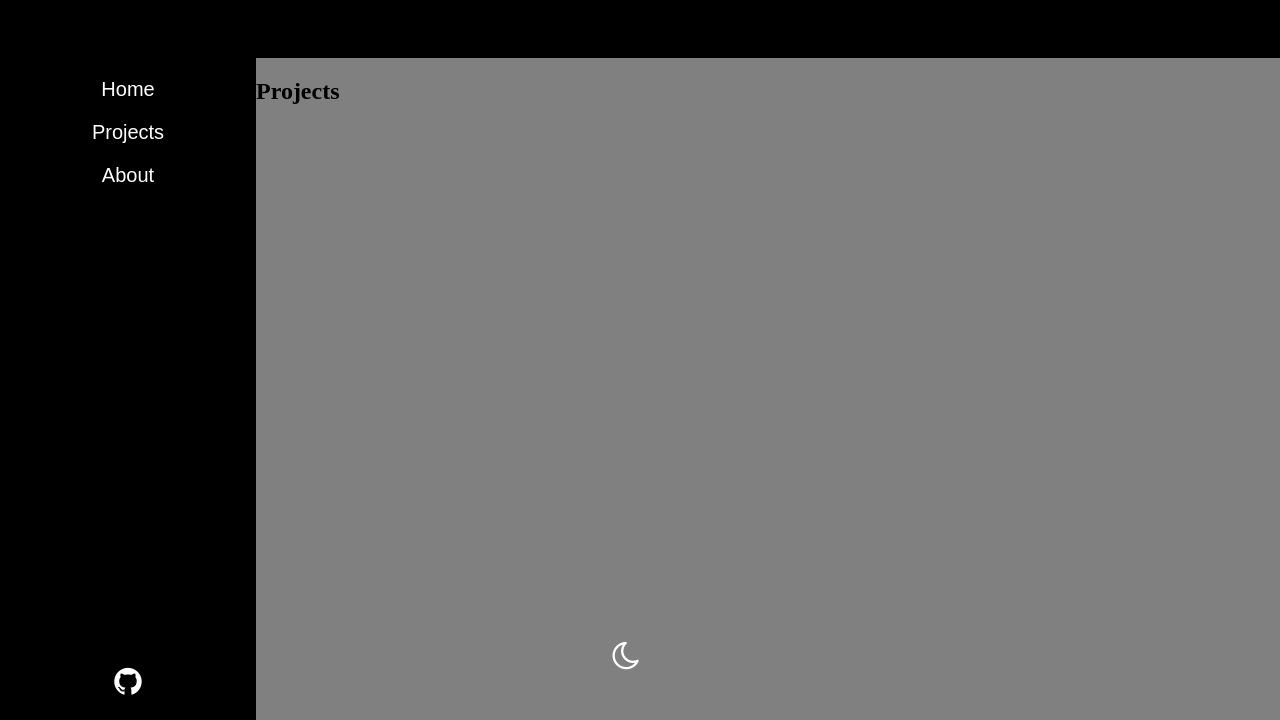
Repository: josephinel6/josephinel6.github.io
Page: index.html
These files come from the project's save history. The page is drawn as it stood at one moment and after the next save; the edit follows.
The browser window is 1280 px wide. The pictures show the whole page.

Above is the page before, as saved 2023-04-05 08:11:03.

After the next save:
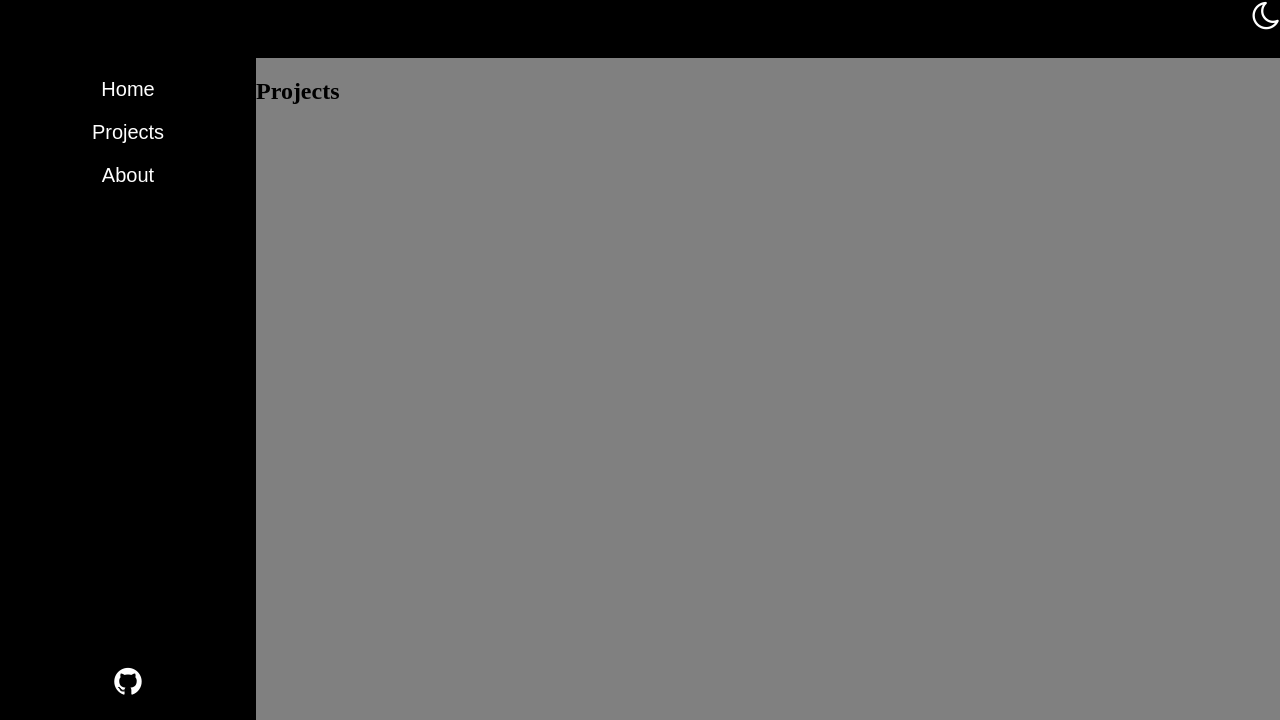
Saved 7 s later.
--- a/index.html
+++ b/index.html
@@ -93,8 +93,8 @@
         #day-night {
             color: white;
             z-index: 2;
-            margin-top: 50%;
-            margin-right: 50%;
+            top: 50%;
+            right: 50%;
             position: absolute;
             right: 0;
             top: 0;
